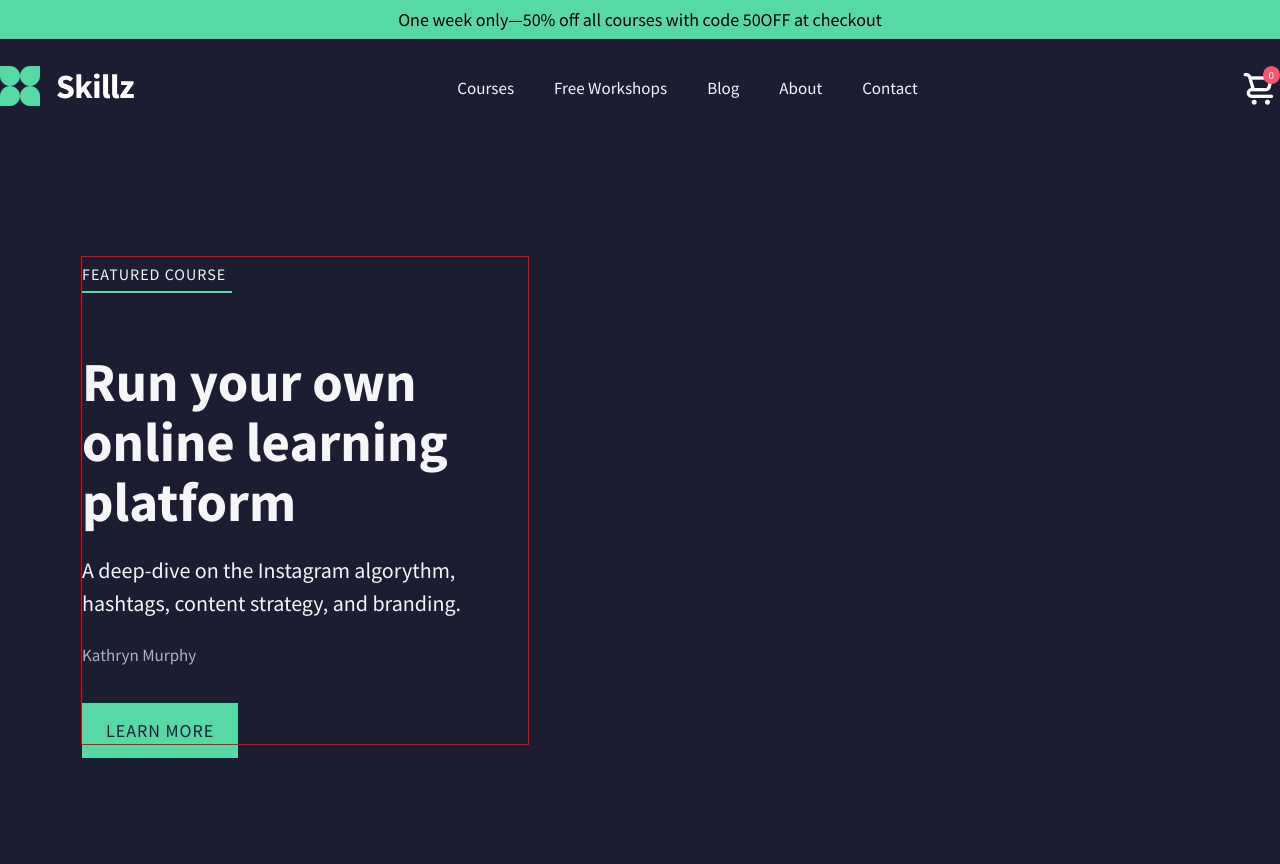
Repository: saidabbasun/skillz
Page: /
An editor plug-in stored every save of this project. The page is shown before and after a run of saves, followed by the edit.
The browser window is 1280 px wide. The pictures show the whole page.
The project was rebuilt for these pictures with package versions that can differ from the ones it lists, and the page was loaded fresh each time.

Above is the page before, as saved 2022-06-13 04:08:27.

### public/index.html
<!DOCTYPE html>
<html lang="en">
  <head>
    <meta charset="utf-8" />

    <meta name="viewport" content="width=device-width, initial-scale=1" />
    <meta name="theme-color" content="#000000" />
    <link rel="stylesheet" href="https://unicons.iconscout.com/release/v4.0.0/css/line.css">
    <title>React App</title>
  </head>
  <body>

    <div id="root"></div>

  </body>
</html>

### src/index.js
import React from 'react';
import ReactDOM from 'react-dom/client';
import { BrowserRouter } from "react-router-dom";
import App from './App';


const root = ReactDOM.createRoot(document.getElementById('root'));
root.render(
  <BrowserRouter>
    <App />
  </BrowserRouter>
);

### src/App.js
import Header from './Components/Header';
import Home from './Components/Home';
import './styles/Globl/collection.scss';

function App() {
  return (
    <div>
    <Header/>
    <Home/>
    </div>
  );
}

export default App;

### src/Components/Header.jsx
import React from 'react'

import { Link } from 'react-router-dom';
import Logo from '../assets/images/Logo.svg';
const Header = () => {
  return (
    <div>
        <div className="topDiscount">
            <p>One week only—50% off all courses with code 50OFF at checkout</p>
        </div>
        <div className="container">
            <div className="navbar">
                <Link  to={`/`}>
                <img src={Logo} alt="logo" />
                </Link>
                <div className="navbarNav">
                    <div className="navItem">
                        <Link  to={`/`} className='navLink'>Courses</Link>
                    </div>
                    <div className="navItem">
                        <Link  to={`/`} className='navLink'>Free Workshops</Link>
                    </div>
                    <div className="navItem">
                        <Link  to={`/`} className='navLink'>Blog</Link>
                    </div>
                    <div className="navItem">
                        <Link  to={`/`} className='navLink'>About</Link>
                    </div>
                    <div className="navItem">
                        <Link  to={`/`} className='navLink'>Contact</Link>
                    </div>
                </div>
                <div className="cartWrapper">
                <Link  to={`/`}>
                <i class="uil uil-shopping-cart cart"></i>
                </Link>
                     <div className="count">
                        <p>0</p>
                     </div>
                </div>
            </div>
        </div>
    </div>
  )
}

export default Header

### src/Components/Home.jsx
import React from 'react'
import { Link } from 'react-router-dom'

const Home = () => {
  return (
    <div className='container'>
        <div className="row">
            <div className="col5">
                <div className="Course">
                    <p>Featured Course</p>
                </div>
                <p className='cartTitle'>Run your own online learning platform</p>
                <p className="cartText">A deep-dive on the Instagram algorythm, hashtags, content strategy, and branding.</p>
                <p className="cartAfter">Kathryn Murphy</p>
                <Link to={`/`} className="cartBtn">
                Learn More
                </Link>
            </div>
            <div className="col7"></div>
        </div>

    </div>
  )
}

export default Home

### src/styles/Globl/collection.scss
@import './globl';
@import './variables.scss';
@import './mixin';
@import '../Globl/font-face.scss';
@import '../Header.scss';
@import '../Home.scss';

### src/styles/Globl/_globl.scss
*{
    box-sizing: border-box;
    padding: 0;
    margin: 0;
    font-family:SourceSansProRegular ;
}
.container{
    margin: 0 auto;


}

### src/styles/Globl/variables.scss
$color_btn:#57D9A6;
$color_bg_title:#1C1C33;
$text_footer: #F6F6F8;
$color_text:#4E4E65;
$color_white:#FFFFFF;
$color_cartBg:#FC5468;

### src/styles/Globl/_mixin.scss
@mixin flexbox {
    display: flex;
    align-items: center;
}

### src/styles/Globl/font-face.scss


@font-face {
    font-family: SourceSansProRegular;

    src:  url('../../assets/fontFamily/SourceSansPro-Regular.ttf');
  }
  @font-face {
    font-family: SourceSansProBold;

    src:  url('../../assets/fontFamily/SourceSansPro-Bold.ttf');
  }
  @font-face {
    font-family: SourceSansProItalic;

    src:  url('../../assets/fontFamily/SourceSansPro-Italic.ttf');
  }

### src/styles/Header.scss
@import './Globl/variables.scss';
@import './Globl/mixin';
.topDiscount{
    background-color:$color_btn;
    font-weight: 400;
font-size: 18px;
text-align: center;

padding: 8px 0;

}
.navbar{
    @include flexbox;
    background-color:$color_bg_title;
    justify-content:space-between;
    padding: 24px 0;
}
.navbarNav{
    @include flexbox;
 column-gap: 40px;
}

.navLink{

    font-weight: 400;
font-size: 17px;
    text-decoration: none;
    color: $text_footer;
}
.cartWrapper{
    position: relative;
}
.cart{
    color:$color_white;
    font-size: 40px;


}
.count{
    padding:0  6px;
    background-color: $color_cartBg;
    color: $color_white;
    position: absolute;
    border-radius: 50%;
    font-size: 11px;
    line-height: 18px;
    position: absolute;
    top: 3px;
    right: 0;

}

### src/styles/Home.scss
@import './Globl/variables.scss';
@import './Globl/mixin';
.row{

    padding: 120px 82px;
 @include flexbox;
 background-color: $color_bg_title;
}
.col5{
    width: 40%;
    outline: 1px solid red;
    color: $text_footer;
}
.Course{
   width: 150px;
   padding: 7px 0;
    font-weight: 400;
font-size: 16px;
letter-spacing: 1px;
text-transform: uppercase;

border-bottom: 2px solid $color_btn;
}
.cartTitle{
    font-family: SourceSansProBold;
    padding: 59px 0 22px;
    font-weight: 700;
font-size: 55px;
line-height: 60px;
}
.cartText{
    line-height: 33px;
font-weight: 400;
font-size: 22px;
}
.cartAfter{
    padding: 22px 0 48px;
    font-weight: 400;
font-size: 17px;
line-height: 27px;
color: #B2B2BF;
}
.cartBtn{
    font-weight: 400;
font-size: 18px;
line-height: 27px;
padding: 16px 24px;
letter-spacing: 1px;
text-transform: uppercase;
background-color: $color_btn;
color: $color_bg_title;
text-decoration: none   ;
}

After the next 3 saves:
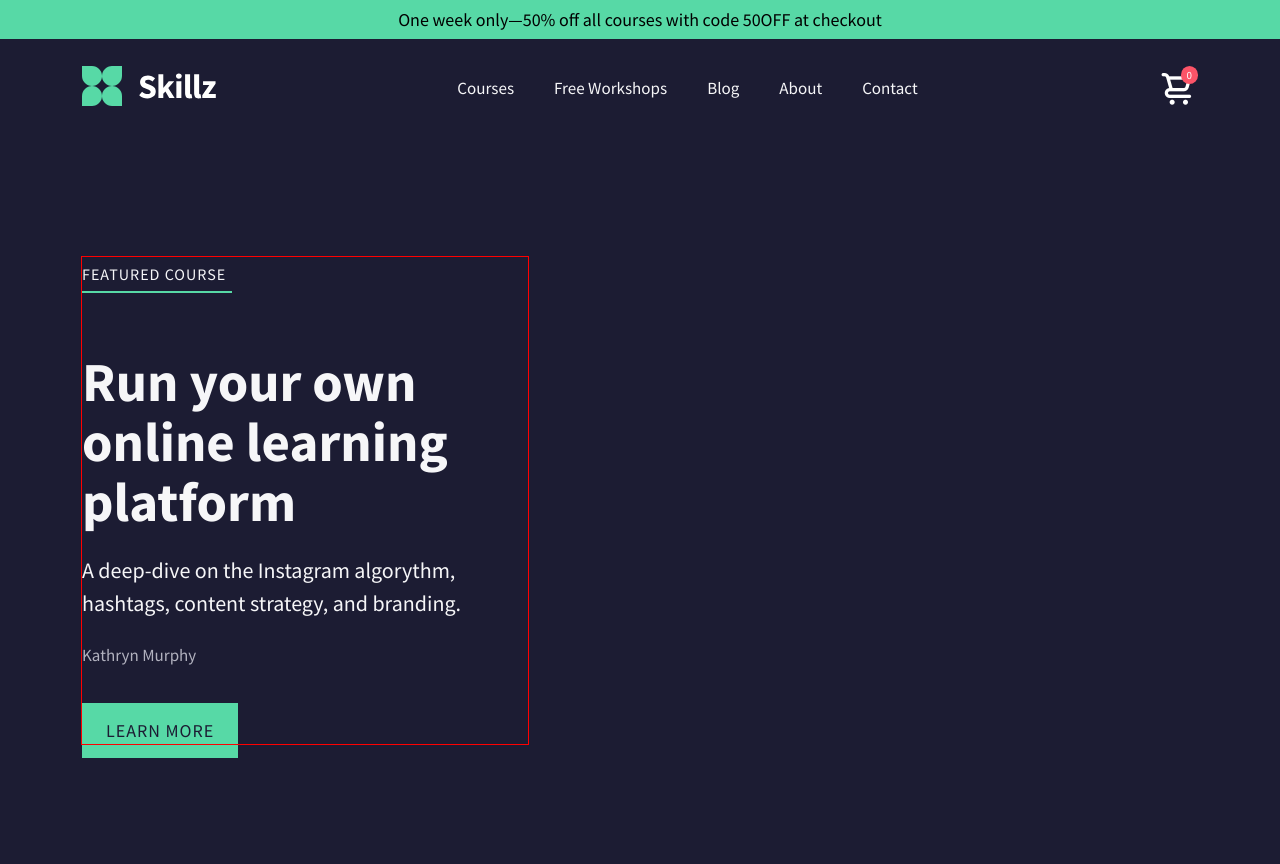
The 3 saves are shown as one change because they came seconds apart.
The last was saved 39 s later.
--- a/src/styles/Header.scss
+++ b/src/styles/Header.scss
@@ -13,7 +13,7 @@
     @include flexbox;
     background-color:$color_bg_title;
     justify-content:space-between;
-    padding: 24px 0;
+    padding: 24px 82px;
 }
 .navbarNav{
     @include flexbox;
